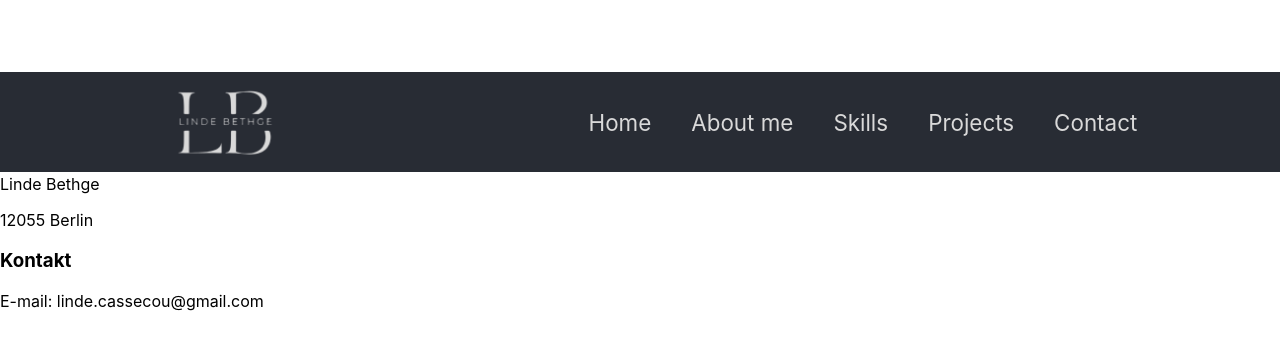
Repository: tiliax/linde-bethge
Page: /impressum
An editor plug-in stored every save of this project. The page is shown before and after a run of saves, followed by the edit.
The browser window is 1280 px wide. The pictures show the whole page.
The project was rebuilt for these pictures with package versions that can differ from the ones it lists, and the page was loaded fresh each time. Also part of the build but not shown: src/Components/Main.js.

Above is the page before, as saved 2023-03-19 21:28:44.

### src/App.js
import "./App.css";
import Navbar from "./Components/Navbar";
import Main from "./Components/Main";
import Impressum from "./Components/Impressum"
import { Route, Routes } from "react-router-dom";

function App() {
  return (

    <>
      <Navbar />
        <Routes>
        <Route path="/" element={<Main />} />
        <Route path="/impressum" element={<Impressum />} />
        {/* <Route path="/datenschutz" element={<Datenschutz />} /> */}
      </Routes>
    </>

  );
}
export default App;

### src/App.css
.App {
  text-align: center;
}

/* //HEADER// */
.header {
  background-color: #282c34;
  font-size: calc(8px + 2vmin);
  padding:1.1% ;
  width: 100%;
  position:fixed;

}

/* navbar */
.logoimg {
  height: 20vh;
  margin-top: 5%;
}

.navbar {
  display:flex;
  /* position:relative; */
  justify-content: space-around;
  align-items: center;
  height: 10vh;
}

nav li {
  display: inline-block;
}

.navlinks a {
  margin: 20px;
  color: #d9d9d9;
  /* color: #a6a6a6; */
  text-decoration: none;
}

.navlinks a:hover {
  /* font-size: calc(12px + 2vmin); */
  color: #5e6e8f;
  /* transition: 0.7s; */
}

/* //MAIN// */
.main {
  background-color: #64789f;
  /* background-color: #5e6e8f; */
}

hr {
  border-color: black;
  margin-left: 40vh;
  margin-right: 40vh;
  margin-bottom: 5vh;
  margin-top: 10vh;
}

h1 {
  display: flex;
  margin-top: 10vh;
  margin-left: 20vh;
}

/* //HOME// */
.home {
  display: flex;
  justify-content: center;
  padding-top: 5vh;
  align-items: center;
  margin-left: 10vw;
  margin-right: 10vw;
  padding-top: 18vh;
}

.home li {
  list-style: none;
  font-size: calc(13px + 2vmin);
  /* font-size: 110%; */
  margin-top: 5vh;
}

.profiltext p {
  font-weight: bold;
  margin-right: 8vw;
  margin-left: 5vw;
}

.homeimg {
  height: auto;
  width: 40vw;
  margin-top: 3,5vh;
  margin-bottom: 3,5vh;
  margin-right: 10vh;
  border-radius: 50%;
}

/* //ABOUT ME// */
.aboutme {
  margin-left: 10vw;
  margin-right: 10vw;
  /* margin-top: 10vh; */
}
.aboutme img {
  height: 35vh;
  border-radius: 7px;
  margin-bottom: 3vh;
}

.aboutme p {
  width: 51.8vw;
  margin-left: auto;
  margin-right: auto;
  text-align: justify;
}

/* //SKILLS// */
.skills {
  margin-left: 10vw;
  margin-right: 10vw;
}

.skills p {
  font-size: 3vh;
}

.skillimages1 {
  display: flex;
  justify-content: center;
  margin-bottom: 5vh;
}

.skillimages2 {
  display: flex;
  justify-content: center;
}

.item {
  /* background-color: rgb(218, 218, 226); */
  width: 9.5vw;
  height: auto;
  margin-left: 2.25vw;
  margin-right: 2.25vw;
  margin-bottom: -3vh;
}

/* //PROJECTS// */
.myprojects {
  margin-left: 10vw;
  margin-right: 10vw;
}

/* Freebox */
.freebox {
  display: flex;
  justify-content: space-around;
  margin-left: 13.7vw;
  margin-right: 6.6vw;
  margin-bottom: 10vh;
  font-size: 2.5vh;
  align-items: center;
}

.freeboximage {
  height: auto;
  width: 45vh;
  margin-right: 3vw;
  border-radius: 5px;
}

.freeboxinfo {
  /* margin-top: -3vh; */
  margin-right: 7vw;
  text-align: left;
  text-align: justify;
}

.freeboxinfo button {
  margin-right:0.7vw;
  padding: 3% 4%;
  border-radius: 10px;
  border: none;
  background-color: #282c34;
  color: #d9d9d9;
}

.freeboxinfo button:hover {
  background-color: #1f1f23;
  /* transition: 0.7s; */
  cursor: pointer;
}

/* Pokefight */
.pokefight {
  display: flex;
  justify-content: space-around;
  margin-left: 13.7vw;
  margin-right: 6.6vw;
  font-size: 2.5vh;
  /* align-items: center; */
}

.pokefightimage {
  height: auto;
  width: 45vh;
  margin-right: 3vw;
  border-radius: 5px;
}

.pokefightinfo {
  /* margin-top: -3vh; */
  margin-right: 7vw;
  /* text-align: left; */
  text-align: justify;
}

.pokefightinfo button {
  margin-right: 0.7vw;
  padding: 3% 4%;
  border-radius: 10px;
  border: none;
  background-color: #282c34;
  color: #d9d9d9;
}

.pokefightinfo button:hover {
  background-color: #1f1f23;
  /* transition: 0.7s; */
  cursor: pointer;
}

/* //CONTACT// */
.contact {
  margin-left: 10vw;
  margin-right: 10vw;
}

.contactinfo {
  /* width: 50vw; */
  margin-left: 13.7vw;
  margin-right: 6.6vw;
  text-align: left;
}

/* ICONS */
.contacticons {
  display: inline;
}

.contactinfo{
  margin-left: 13.7vw;
  margin-right: 6.6vw;
}

.icon {
  height: auto;
  width: 7vh;
  margin-right: 1.5vw;
  position: relative;
  opacity: 1;

}

.contacticons img:hover {
  opacity: 0.8;
}

/* //Footer// */
.footer {
  padding-bottom: 2vh;
}

.footer a {
  margin: 1vw;
  color: black;
}

.footer a:hover {
  color: #282c34;
}

/* IMPRESSUM */

### src/Components/Navbar.js
import Logo from './images/LB_Logo.png'


const Header = () => {
    return (

        // NAVBAR
        <div className="header">
            <nav className="navbar">
                {/* LOGO */}
                <div className="logo">
                    <a href="#home">
                        <img className="logoimg" src={Logo} alt="logo" />
                    </a>
                </div>
                {/* NAVLINKS */}
                <div className="navlinks">
                    <li><a href="#home">Home</a></li>
                    <li><a href="#aboutme">About me</a></li>
                    <li><a href="#skills">Skills</a></li>
                    <li><a href="#projects">Projects</a></li>
                    <li><a href="#contact">Contact</a></li>
                </div>
            </nav>
        </div>
    );
}

export default Header;

### src/Components/Impressum.js
const Impressum = () => {
    return (
        <div className="impressum">
            <h1>Impressum</h1>
            <h3>Angaben gemäß § 5 TMG</h3>
            <p>Linde Bethge</p>
            <p>12055 Berlin</p>
            <h3>Kontakt</h3>
            <p>E-mail: linde.cassecou@gmail.com</p>

        </div>
     );
}

export default Impressum;

Loaded but not shown: public/index.html (common file); src/index.js (common file); src/index.css (common file)

After the next 3 saves:
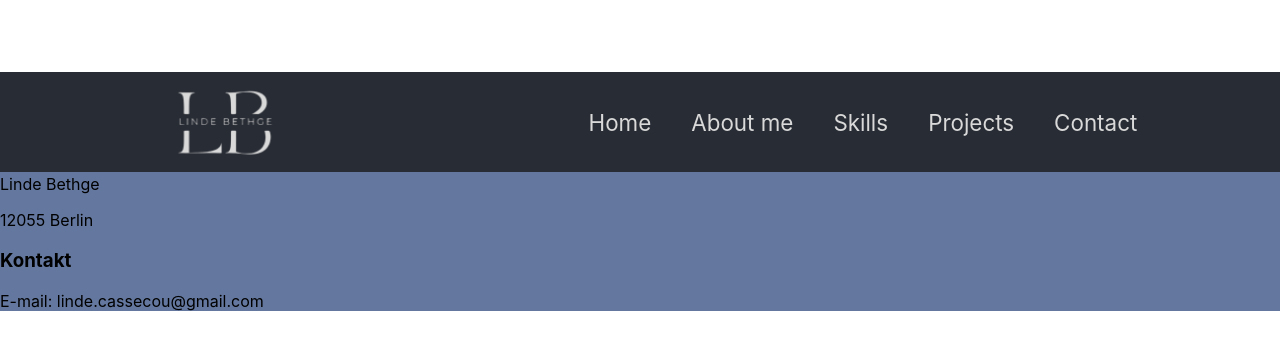
The 3 saves are shown as one change because they came seconds apart.
The last was saved 19 s later.
--- a/src/App.css
+++ b/src/App.css
@@ -281,3 +281,7 @@
 }
 
 /* IMPRESSUM */
+.impressum {
+  background-color: #64789f;
+
+}
